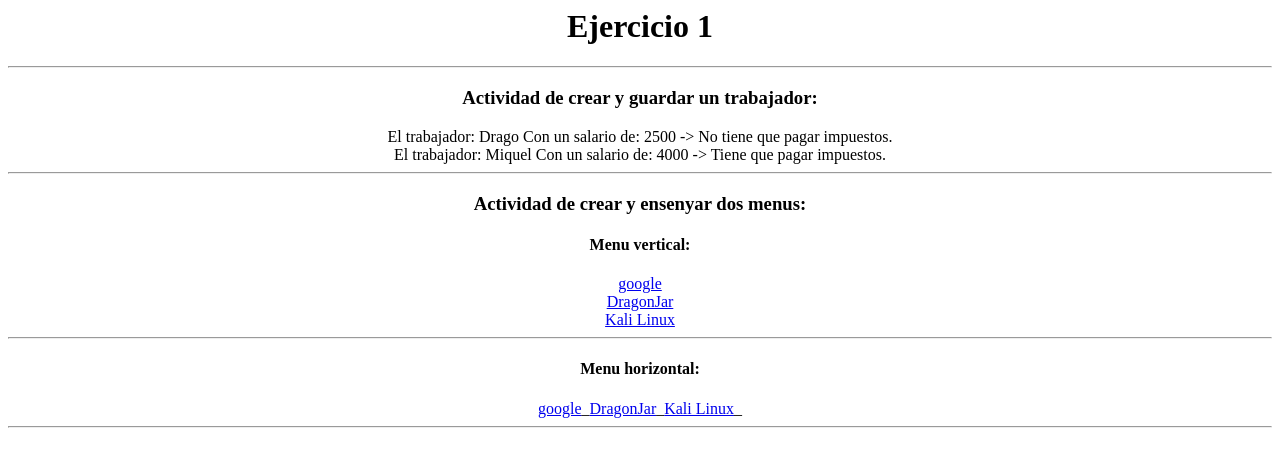
Repository: IlDragoDoro/atomClass
Page: http://localhost/ejercicio1.php
These files come from the project's save history. The page is drawn as it stood at one moment and after the next save; the edit follows.
The browser window is 1280 px wide. The pictures show the whole page.
The page is run by PHP 8.4 with error messages shown; the project is at /var/www/html/.

Above is the page before, as saved 2020-12-03 11:11:58.

After the next save:
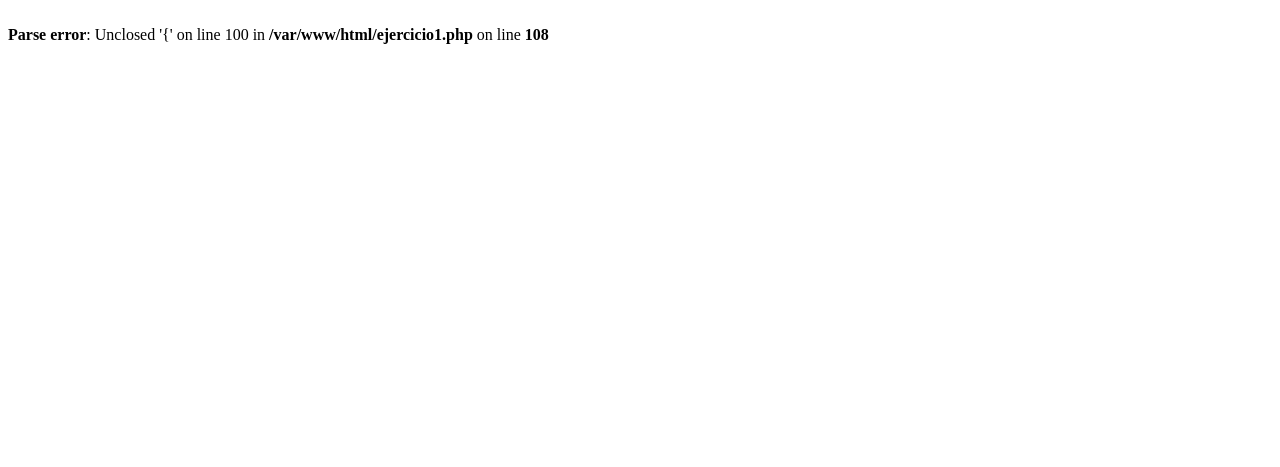
Saved 52 s later.
--- a/DWS/POO/ejercicio1.php
+++ b/DWS/POO/ejercicio1.php
@@ -98,7 +98,7 @@
     }
 
     public function mostrar(){
-
+        echo "<head>
     }
 
 }

After the save that followed:
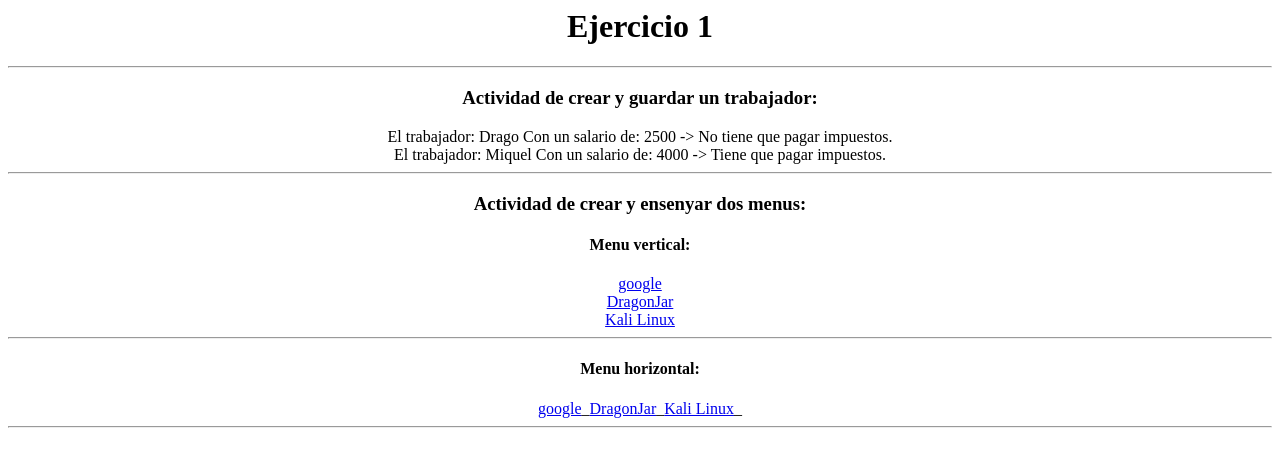
Saved 41 s later.
--- a/DWS/POO/ejercicio1.php
+++ b/DWS/POO/ejercicio1.php
@@ -98,7 +98,7 @@
     }
 
     public function mostrar(){
-        echo "<head>
+        echo "<head><title>.$titulo.";
     }
 
 }
